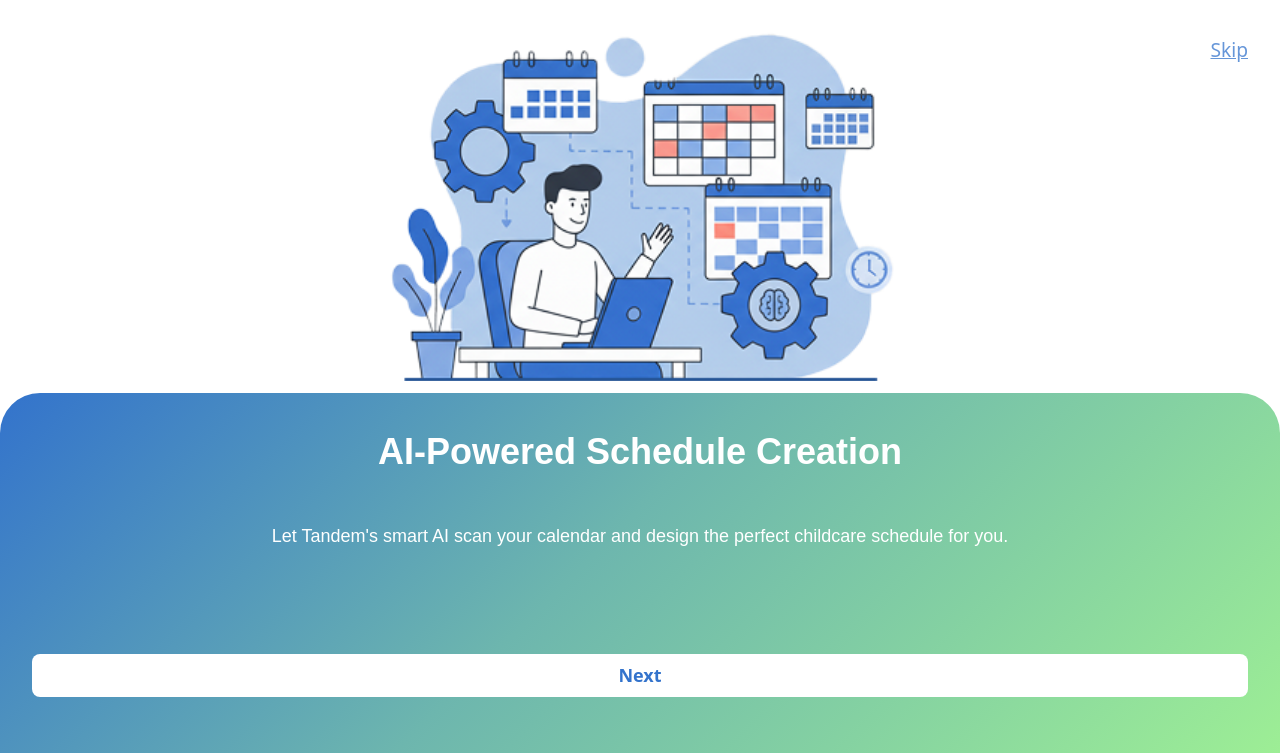
Repository: IDSP-TRADECARE/Tandem
Page: /boarding/features
These files come from the project's save history. The page is drawn as it stood at one moment and after the next save; the edit follows.
The browser window is 1280 px wide. The pictures show the whole page.
The page's requests for data from a server got no answer. Some web fonts or font styles are not loaded; a fallback is used. The project was rebuilt for these pictures with package versions that can differ from the ones it lists, and the page was loaded fresh each time. Some packages were replaced by stand-ins written for this rebuild. The framework's server and built-in components were replaced by stand-ins that run in the browser. No one was signed in, and anything a server would have sent is missing. Also part of the build but not shown: next.config.ts, src/app/components/auth/AuthGuard.tsx.

Above is the page before, as saved 2025-11-23 00:35:00.

After the next save:
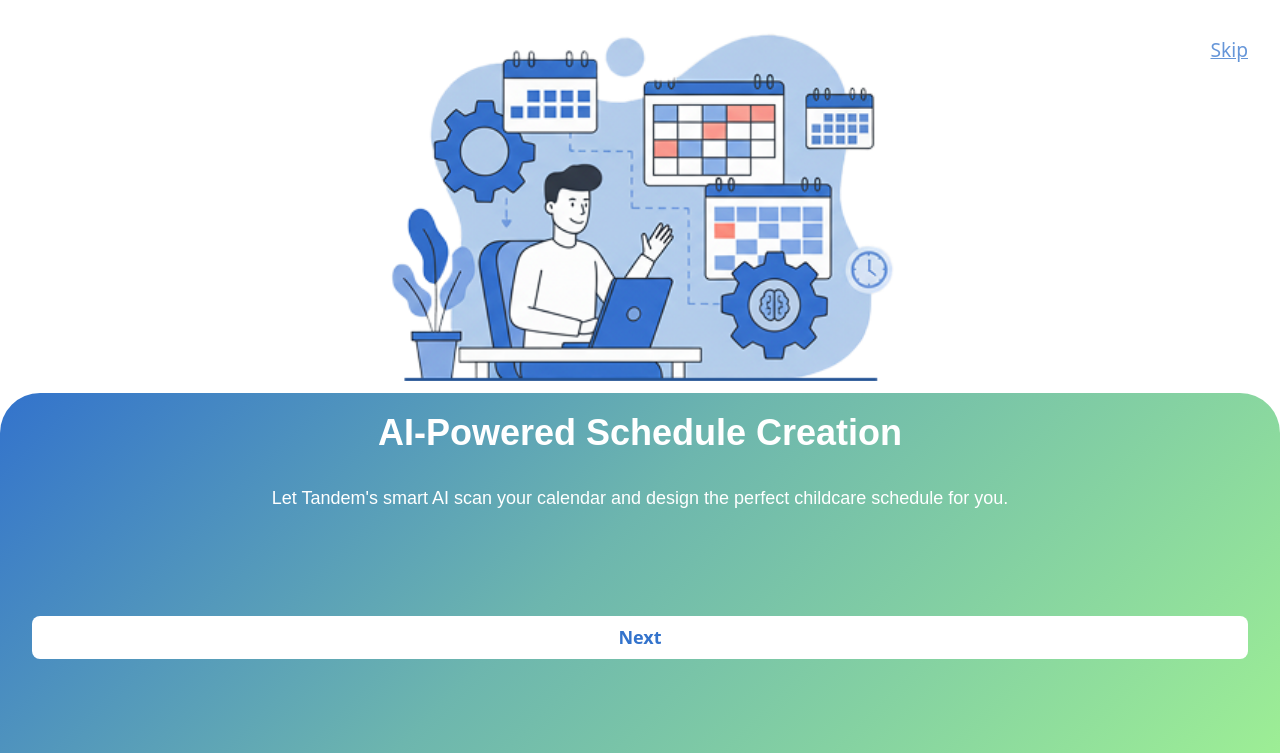
Saved 10 s later.
--- a/src/app/boarding/features/features.module.css
+++ b/src/app/boarding/features/features.module.css
@@ -93,6 +93,7 @@
     font-size: 2.25rem;
     font-family: var(--font-family-alan);
     font-weight: 900;
+    line-height: 1rem;
     color: #fff;
     margin-bottom: 2.75rem;
 }
